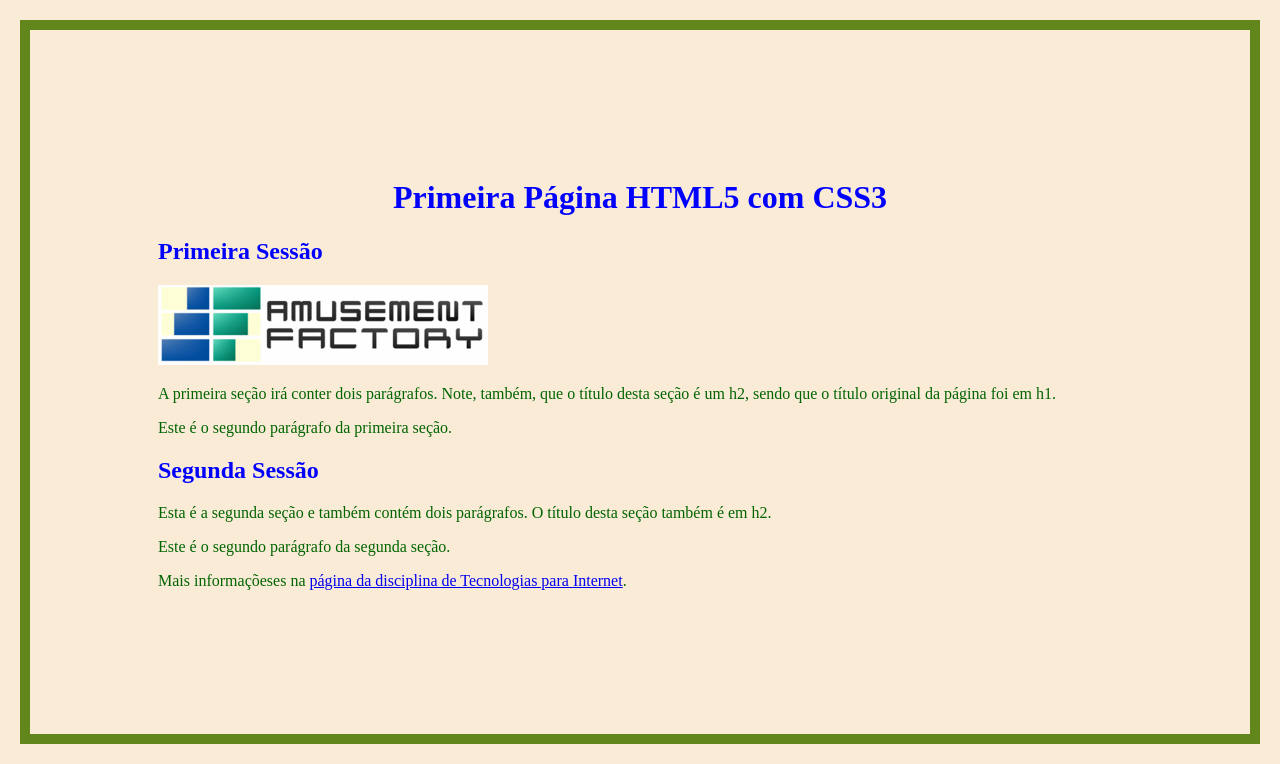
Repository: joao-laercio/DevWeb_BackEnd
Page: Aula_data_08/index2.html
The author's editor kept a copy of each file at every save. The page is drawn from the files as they stood at one save, then again after the next save.
The browser window is 1280 px wide. The pictures show the whole page.

Above is the page before, as saved 2022-07-08 16:33:21.

After the next save:
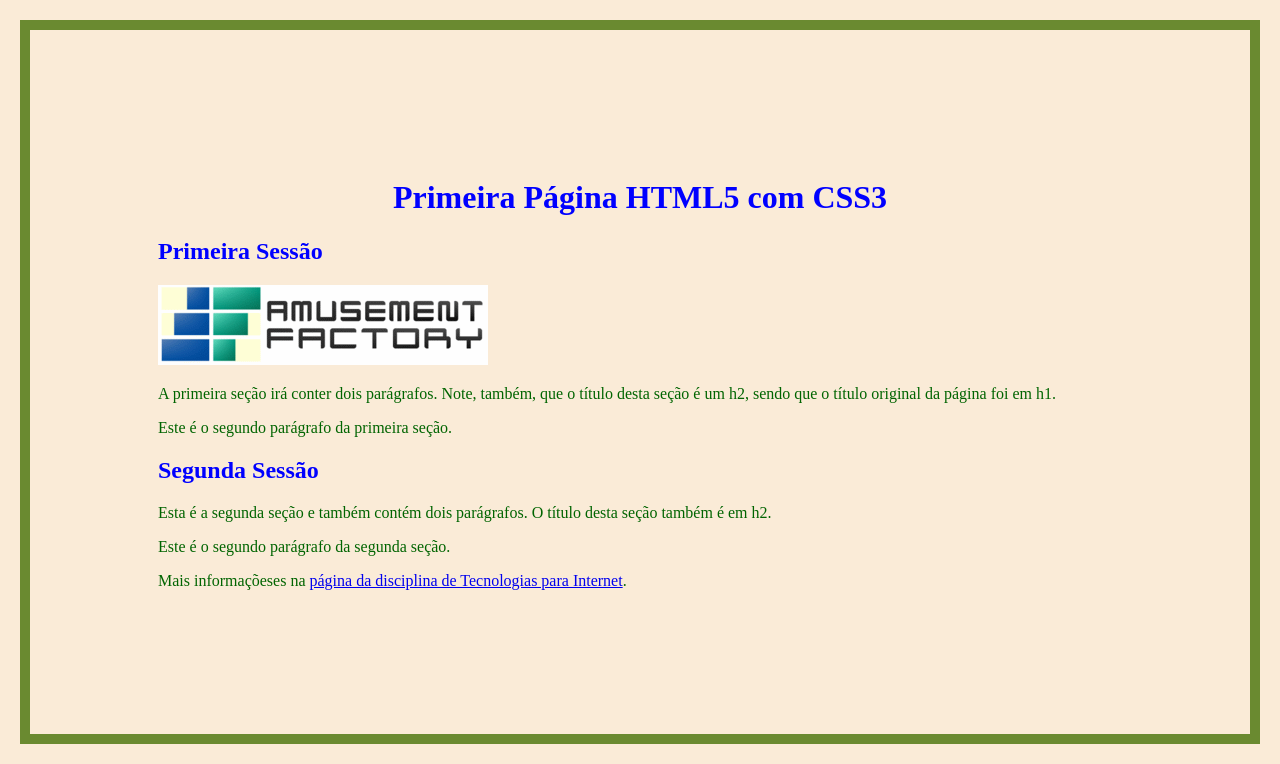
Saved 10 s later.
--- a/Aula_data_08/estilo.css
+++ b/Aula_data_08/estilo.css
@@ -5,7 +5,7 @@
     background-color: antiquewhite;
     padding: 10%;
     margin: 20px;
-    border: 10px solid rgb(97, 134, 27);
+    border: 10px solid rgb(106, 138, 48);
 
 }
  p {
